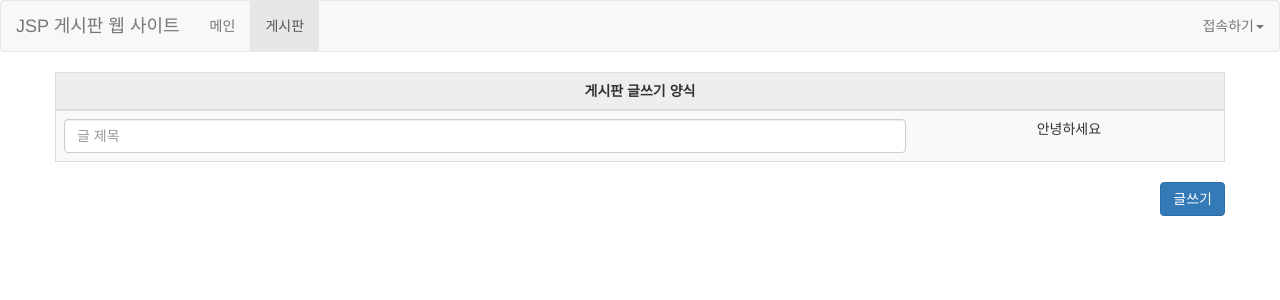
Repository: kimdy108/jsp-bbs
Page: http://localhost/BBS/write.jsp
An editor plug-in stored every save of this project. The page is shown before and after the next save, followed by the edit.
The browser window is 1280 px wide. The pictures show the whole page.
Some web libraries are served in a nearby version. The page is served by Tomcat 9.

Above is the page before, as saved 2025-05-25 05:27:06.

After the next save:
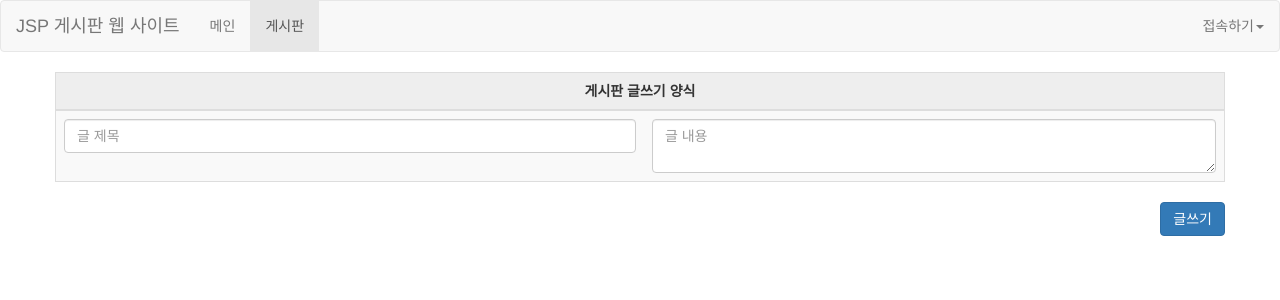
Saved 26 s later.
--- a/BBS/src/main/webapp/write.jsp
+++ b/BBS/src/main/webapp/write.jsp
@@ -82,7 +82,7 @@
 				<tbody>
 					<tr>
 						<td><input type="text" class="form-control" placeholder="글 제목" name="bbsTitle" maxlength="50"></td>
-						<td>안녕하세요</td>
+						<td><textarea type="text" class="form-control" placeholder="글 내용" name="bbsContent" maxlength="2048"></textarea></td>
 					</tr>
 				</tbody>
 			</table>
